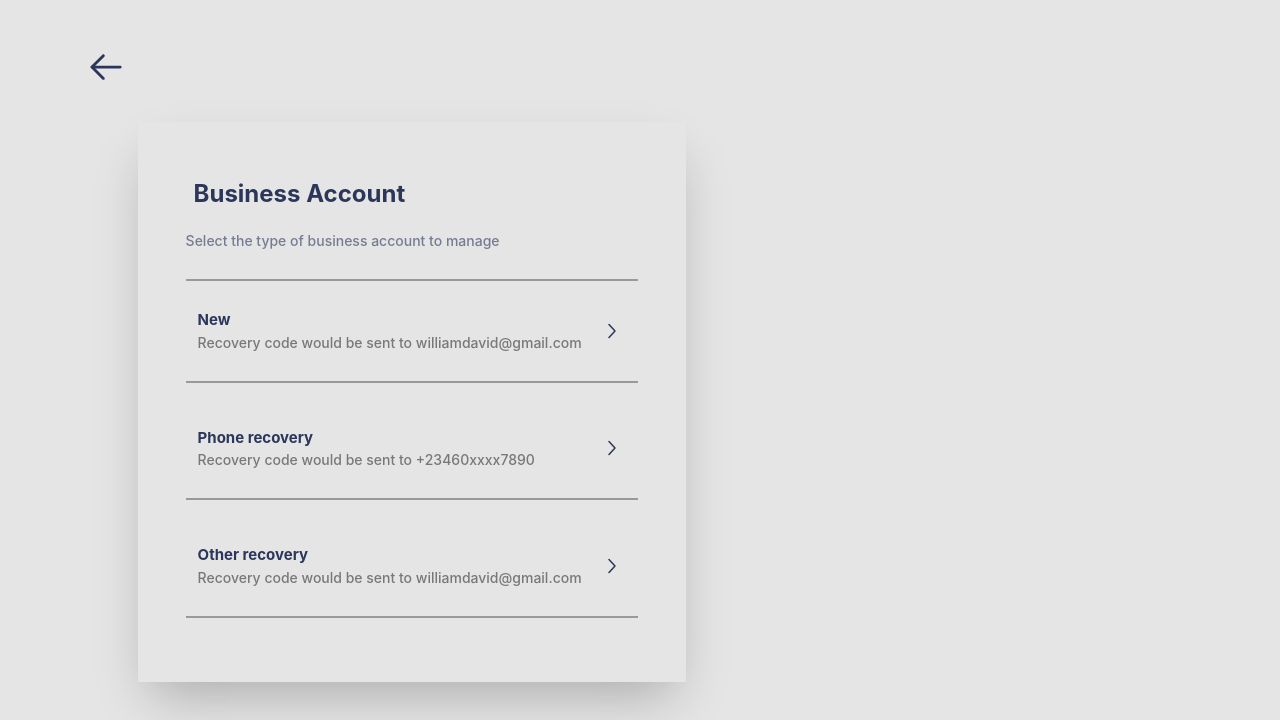
Repository: Osomhe1/findme_task
Page: /account
These files come from the project's save history. The page is drawn as it stood at one moment and after the next save; the edit follows.
The browser window is 1280 px wide. The pictures show the whole page.
The project was rebuilt for these pictures with package versions that can differ from the ones it lists, and the page was loaded fresh each time. Also part of the build but not shown: src/component/Clip.css, src/component/Logo.js, src/component/Drag.js, src/component/Memories.js, src/component/Publish.js, src/component/Insight.js, src/component/User.js, src/component/Clip.js and 20 more.

Above is the page before, as saved 2023-04-10 09:21:38.

### src/index.css
body {
  margin: 0;
  font-family: Mulish, -apple-system, BlinkMacSystemFont, 'Segoe UI', 'Roboto', 'Oxygen',
    'Ubuntu', 'Cantarell', 'Fira Sans', 'Droid Sans', 'Helvetica Neue',
    sans-serif;
  -webkit-font-smoothing: antialiased;
  -moz-osx-font-smoothing: grayscale;
  background-color: #E5E5E5;
}

code {
  font-family: source-code-pro, Menlo, Monaco, Consolas, 'Courier New',
    monospace;
}

.category_wrapper::-webkit-scrollbar { display: none;}
/* Hide scrollbar for IE, Edge and Firefox /.category_wrapper { -ms-overflow-style: none; / IE and Edge / scrollbar-width: none; / Firefox } */

/* @tailwind base;
@tailwind components;
@tailwind utilities; */
@tailwind base;
@tailwind components;
@tailwind utilities;



/* @import "tailwindcss/base";
@import "tailwindcss/components";
@import "tailwindcss/utilities"; */

### src/App.js
import Home from './component/Home';
import 'tailwindcss/tailwind.css'
import GetStarted from './component/GetStarted';
import {BrowserRouter, Route, Routes} from 'react-router-dom'
import SignUp from './component/auth/SignUp';
import Login from './component/auth/Login';
import Recovery from './component/auth/Recovery'
import PhoneRecovery from './component/auth/PhoneRecovery';
import EmailRecovery from './component/auth/EmailRecovery';
import ForgetPassword from './component/auth/ForgetPassword';
import EmailRecoveryOtp from './component/auth/EmailRecoveryOtp';
import NewPassword from './component/auth/NewPassword';
import Verify from './component/auth/Verification';
import Success from './component/auth/Success';
import Interest from './component/pages/Interest';
import SettingUp from './component/pages/SettingUp';
import Account from './component/pages/Account';


function App() {
  return (
    <div className="App">
      {/* <Home /> */}
      <BrowserRouter>
        <Routes>
          <Route path="/" element={<GetStarted />} />
          <Route path="/dashboard" element={<Home />} />
          <Route path="/signup" element={<SignUp />} />
          <Route path="/login" element={<Login />} />
          <Route path="/recovery" element={<Recovery />} />
          <Route path="/phone-recovery" element={<PhoneRecovery />} />
          <Route path="/email-recovery" element={<EmailRecovery />} />
          <Route path="/email-recovery-otp" element={<EmailRecoveryOtp />} />
          <Route path="/new-password" element={<NewPassword />} />
          <Route path="/verify" element={<Verify />} />
          <Route path="/success" element={<Success />} />
          <Route path="/forget-password" element={<ForgetPassword />} />
          <Route path="/interest" element={<Interest />} />
          <Route path="/setting-up" element={<SettingUp />} />
          <Route path="/account" element={<Account />} />
        </Routes>
      </BrowserRouter>
    </div>
  )
}

export default App;

### src/component/pages/Account.js
import { Link } from 'react-router-dom'

export default function Account() {
  return (
    <div>
      <section className="p-3">
        <div className=" px-8 md:p-8 md:mx-10  ">
          <Link to="/">
            <svg
              width="46"
              height="46"
              viewBox="0 0 46 46"
              fill="none"
              xmlns="http://www.w3.org/2000/svg"
            >
              <path
                d="M37.6064 23.0769C37.6064 23.7909 37.0759 24.3809 36.3876 24.4743L36.1962 24.4871L7.99226 24.4871C7.21342 24.4871 6.58206 23.8558 6.58206 23.0769C6.58206 22.363 7.11258 21.773 7.8009 21.6796L7.99226 21.6667L36.1962 21.6667C36.9751 21.6667 37.6064 22.2981 37.6064 23.0769Z"
                fill="#2B365A"
              />
              <path
                d="M20.3622 33.4061C20.9141 33.9556 20.916 34.8485 20.3665 35.4004C19.8669 35.9021 19.0835 35.9493 18.5306 35.5409L18.3721 35.4047L6.99652 24.078C6.4933 23.5769 6.44752 22.7907 6.85921 22.2378L6.99644 22.0794L18.372 10.7508C18.9239 10.2012 19.8168 10.2031 20.3664 10.7549C20.866 11.2566 20.9099 12.0402 20.4991 12.5914L20.3622 12.7493L9.99063 23.0792L20.3622 33.4061Z"
                fill="#2B365A"
              />
            </svg>
          </Link>
        </div>
        <div className="flex flex-wrap justify-between gap-2 items-center md:w-[80%] m-auto ">
          <div className="md:shadow-2xl text-cente md:p-12 w-ful   lg:block  pb-20 ">
            <div className=" text-cente ">
              <h1 className="text-[#2B365A] font-bold text-2xl p-2 ">
                Business Account
              </h1>
              <p className="font-medium text-[14px] text-[#2B365A] py-3 opacity-60 ">
                Select the type of business account to manage
              </p>
            </div>

            <div className="">
              <div className="flex gap-4 items-center justify-between w-full border-[#999999] p-3 my-4 border-b-2 border-t-2 ">
                <Link to="/email-recovery">
                  <div className="py-4">
                    <h1 className="text-[#2B365A] font-bold text-[15px] ">
                      New
                    </h1>
                    <div className=""></div>
                    <p className="text-[#787878] text-[14px] font-medium ">
                      Recovery code would be sent to williamdavid@gmail.com
                    </p>
                  </div>
                </Link>
                <div className="">
                  <svg
                    width="28"
                    height="30"
                    viewBox="0 0 28 30"
                    fill="none"
                    xmlns="http://www.w3.org/2000/svg"
                  >
                    <path
                      d="M11 21.4284L17 14.9999L11 8.57129"
                      stroke="#2B365A"
                      stroke-width="1.5"
                      stroke-linecap="round"
                      stroke-linejoin="round"
                    />
                  </svg>
                </div>
              </div>
              <div className="flex gap-4 items-center justify-between w-full border-[#999999] p-3 my-4 border-b-2  ">
                <Link to="/phone-recovery">
                  <div className="py-4">
                    <h1 className="text-[#2B365A] font-bold text-[15px] ">
                      Phone recovery
                    </h1>
                    <p className="text-[#787878] text-[14px] font-medium ">
                      Recovery code would be sent to +23460xxxx7890
                    </p>
                  </div>
                </Link>
                <div className="">
                  <svg
                    width="28"
                    height="30"
                    viewBox="0 0 28 30"
                    fill="none"
                    xmlns="http://www.w3.org/2000/svg"
                  >
                    <path
                      d="M11 21.4284L17 14.9999L11 8.57129"
                      stroke="#2B365A"
                      stroke-width="1.5"
                      stroke-linecap="round"
                      stroke-linejoin="round"
                    />
                  </svg>
                </div>
              </div>
              <div className="flex gap-4 items-center justify-between w-full border-[#999999] p-3 my-4 border-b-2  ">
                <div className="py-4">
                  <h1 className="text-[#2B365A] font-bold text-[15px] ">
                    Other recovery
                  </h1>
                  <p className="text-[#787878] text-[14px] font-medium ">
                    Recovery code would be sent to williamdavid@gmail.com
                  </p>
                </div>
                <div className="">
                  <svg
                    width="28"
                    height="30"
                    viewBox="0 0 28 30"
                    fill="none"
                    xmlns="http://www.w3.org/2000/svg"
                  >
                    <path
                      d="M11 21.4284L17 14.9999L11 8.57129"
                      stroke="#2B365A"
                      stroke-width="1.5"
                      stroke-linecap="round"
                      stroke-linejoin="round"
                    />
                  </svg>
                </div>
              </div>
            </div>
          </div>

          <div className="  w-full md:max-w-[500px]   "></div>
        </div>
      </section>
    </div>
  )
}

### src/component/usePagination .js
import { useMemo } from "react"

export const DOTS = (
  <svg
    width="13"
    height="13"
    viewBox="0 0 13 13"
    fill="none"
    xmlns="http://www.w3.org/2000/svg"
  >
    <circle
      cx="6.14991"
      cy="6.14991"
      r="6.14991"
      transform="matrix(1 0 0 -1 0.339844 12.2998)"
      fill="#C4C4C4"
    />
  </svg>
)

export const ActiveDots = <svg width="13" height="13" viewBox="0 0 13 13" fill="none" xmlns="http://www.w3.org/2000/svg">
<circle cx="6.14991" cy="6.14991" r="6.14991" transform="matrix(1 0 0 -1 0 12.2998)" fill="#2B365A"/>
</svg>



export const usePagination = ({ totalCount, pageSize, currentPage, siblingCount=1, }) => {
     const paginationRange = useMemo(() => {
       // Our implementation logic will go here
       const totalPageCount = Math.ceil(totalCount / pageSize)

        const range = (start, end) => {
          let length = end - start + 1
          /*
  	Create an array of certain length and set the elements within it from
    start value to end value.
  */
          return Array.from({ length }, (_, idx) => idx + start)
        }

       // Pages count is determined as siblingCount + firstPage + lastPage + currentPage + 2*DOTS
       const totalPageNumbers = siblingCount + 5

       /*
      Case 1:
      If the number of pages is less than the page numbers we want to show in our
      paginationComponent, we return the range [1..totalPageCount]
    */
       if (totalPageNumbers >= totalPageCount) {
         return range(1, totalPageCount)
       }

       /*
    	Calculate left and right sibling index and make sure they are within range 1 and totalPageCount
    */
       const leftSiblingIndex = Math.max(currentPage - siblingCount, 1)
       const rightSiblingIndex = Math.min(
         currentPage + siblingCount,
         totalPageCount
       )

       /*
      We do not show dots just when there is just one page number to be inserted between the extremes of sibling and the page limits i.e 1 and totalPageCount. Hence we are using leftSiblingIndex > 2 and rightSiblingIndex < totalPageCount - 2
    */
       const shouldShowLeftDots = leftSiblingIndex > 2
       const shouldShowRightDots = rightSiblingIndex < totalPageCount - 2

       const firstPageIndex = 1
       const lastPageIndex = totalPageCount

       /*
    	Case 2: No left dots to show, but rights dots to be shown
    */
       if (!shouldShowLeftDots && shouldShowRightDots) {
         let leftItemCount = 3 + 2 * siblingCount
         let leftRange = range(1, leftItemCount)

         return [...leftRange, DOTS, totalPageCount]
       }

       /*
    	Case 3: No right dots to show, but left dots to be shown
    */
       if (shouldShowLeftDots && !shouldShowRightDots) {
         let rightItemCount = 3 + 2 * siblingCount
         let rightRange = range(
           totalPageCount - rightItemCount + 1,
           totalPageCount
         )
         return [firstPageIndex, DOTS, ...rightRange]
       }

       /*
    	Case 4: Both left and right dots to be shown
    */
       if (shouldShowLeftDots && shouldShowRightDots) {
         let middleRange = range(leftSiblingIndex, rightSiblingIndex)
         return [firstPageIndex, DOTS, ...middleRange, DOTS, lastPageIndex]
       }


     }, [totalCount, pageSize, siblingCount, currentPage])


     return paginationRange
}

Loaded but not shown: public/index.html (common file); src/index.js (common file); src/reportWebVitals.js (common file); tailwind.config.js (common file)

After the next save:
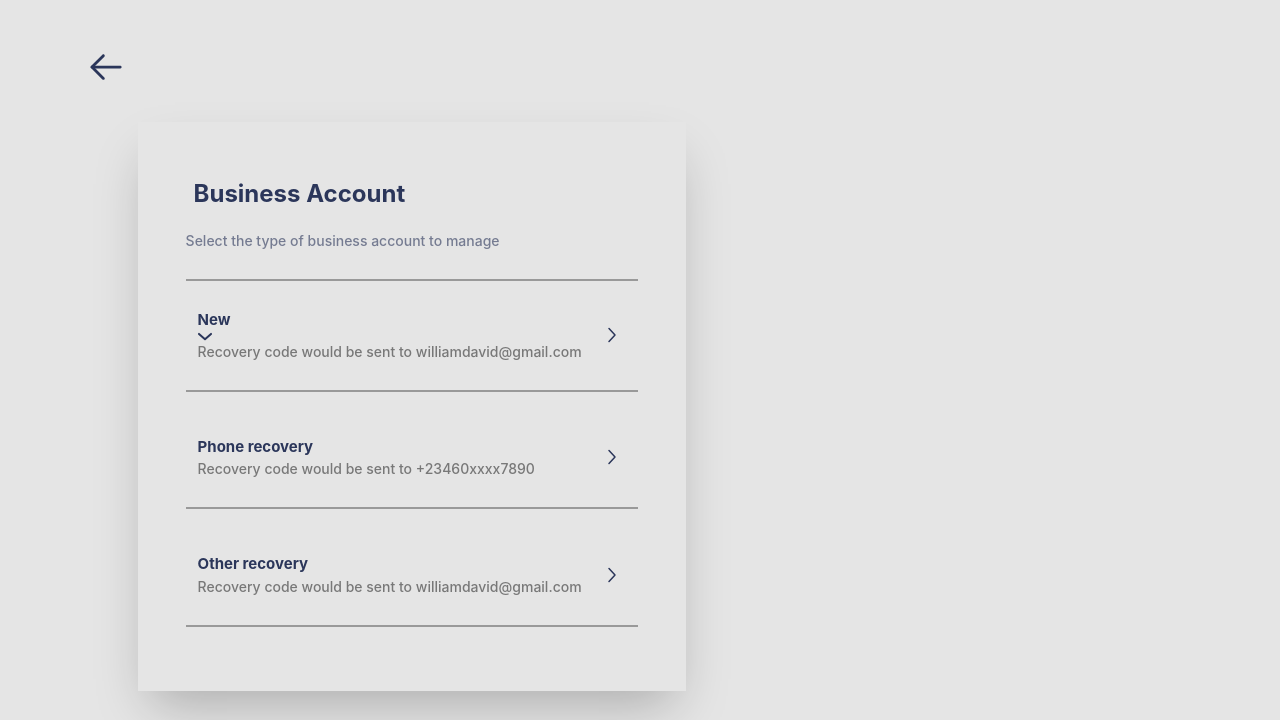
Saved 4 s later.
--- a/src/component/pages/Account.js
+++ b/src/component/pages/Account.js
@@ -42,7 +42,23 @@ export default function Account() {
                     <h1 className="text-[#2B365A] font-bold text-[15px] ">
                       New
                     </h1>
-                    <div className=""></div>
+                    <div className="">
+                      <svg
+                        width="14"
+                        height="9"
+                        viewBox="0 0 14 9"
+                        fill="none"
+                        xmlns="http://www.w3.org/2000/svg"
+                      >
+                        <path
+                          d="M1 1.92578L7 7.25346L13 1.92578"
+                          stroke="#2B365A"
+                          stroke-width="2"
+                          stroke-linecap="round"
+                          stroke-linejoin="round"
+                        />
+                      </svg>
+                    </div>
                     <p className="text-[#787878] text-[14px] font-medium ">
                       Recovery code would be sent to williamdavid@gmail.com
                     </p>
